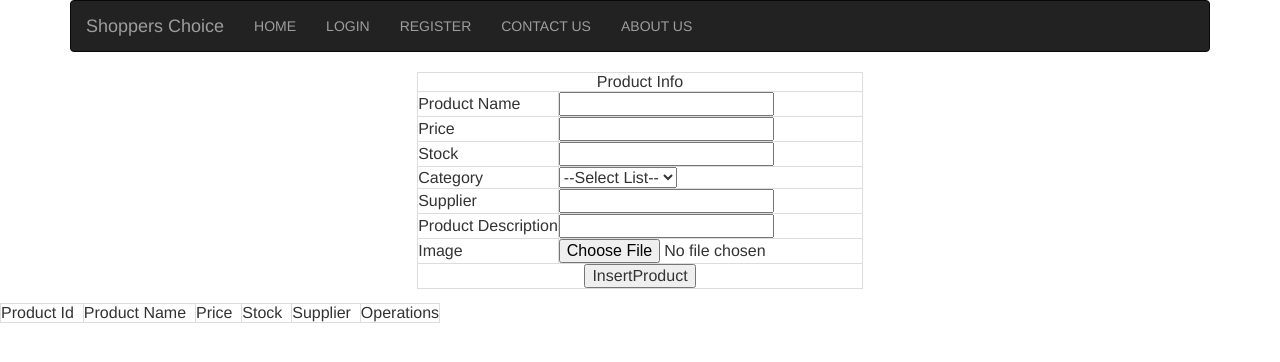
Repository: ShivaniSharma97/NewWorkspace
Page: http://localhost/ShoppersChoiceFrontend/WEB-INF/views/Product.jsp
An editor plug-in stored every save of this project. The page is shown before and after the next save, followed by the edit.
The browser window is 1280 px wide. The pictures show the whole page.
Some web libraries are served in a nearby version. The page is served by Tomcat 9. Nobody is signed in. The template is opened directly, without the code that normally fills it, so the values that code supplies are empty.

Above is the page before, as saved 2019-03-04 17:03:25.

After the next save:
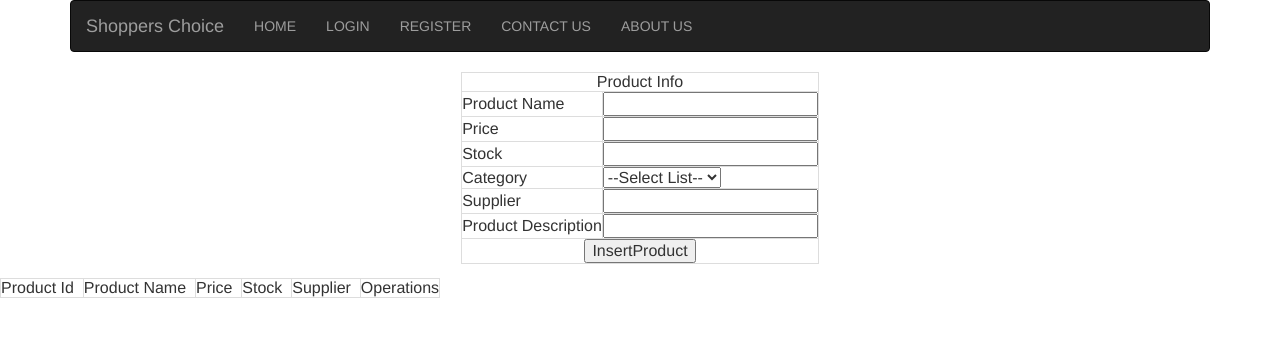
Saved 2 min 13 s later.
--- a/ShoppersChoiceFrontend/src/main/webapp/WEB-INF/views/Product.jsp
+++ b/ShoppersChoiceFrontend/src/main/webapp/WEB-INF/views/Product.jsp
@@ -29,7 +29,7 @@
   <tr>
     <td> Category </td>
     <td>
-        <form:select path="categoryId">
+        <form:select path="categoryID">
            <form:option value="0" label="--Select List--" />
            <form:options items="${categoryList}" />
         </form:select>
@@ -47,10 +47,7 @@
      <td> <form:input path="productDesc" /> </td>
   </tr>
 
-  <tr>
-     <td> Image </td>
-     <td> <form:input type="file" path="pimage" /> </td>
-  </tr>
+
 
   <tr>
      <td colspan="2"> <center><input type="submit" value="InsertProduct" /> </center> </td>
